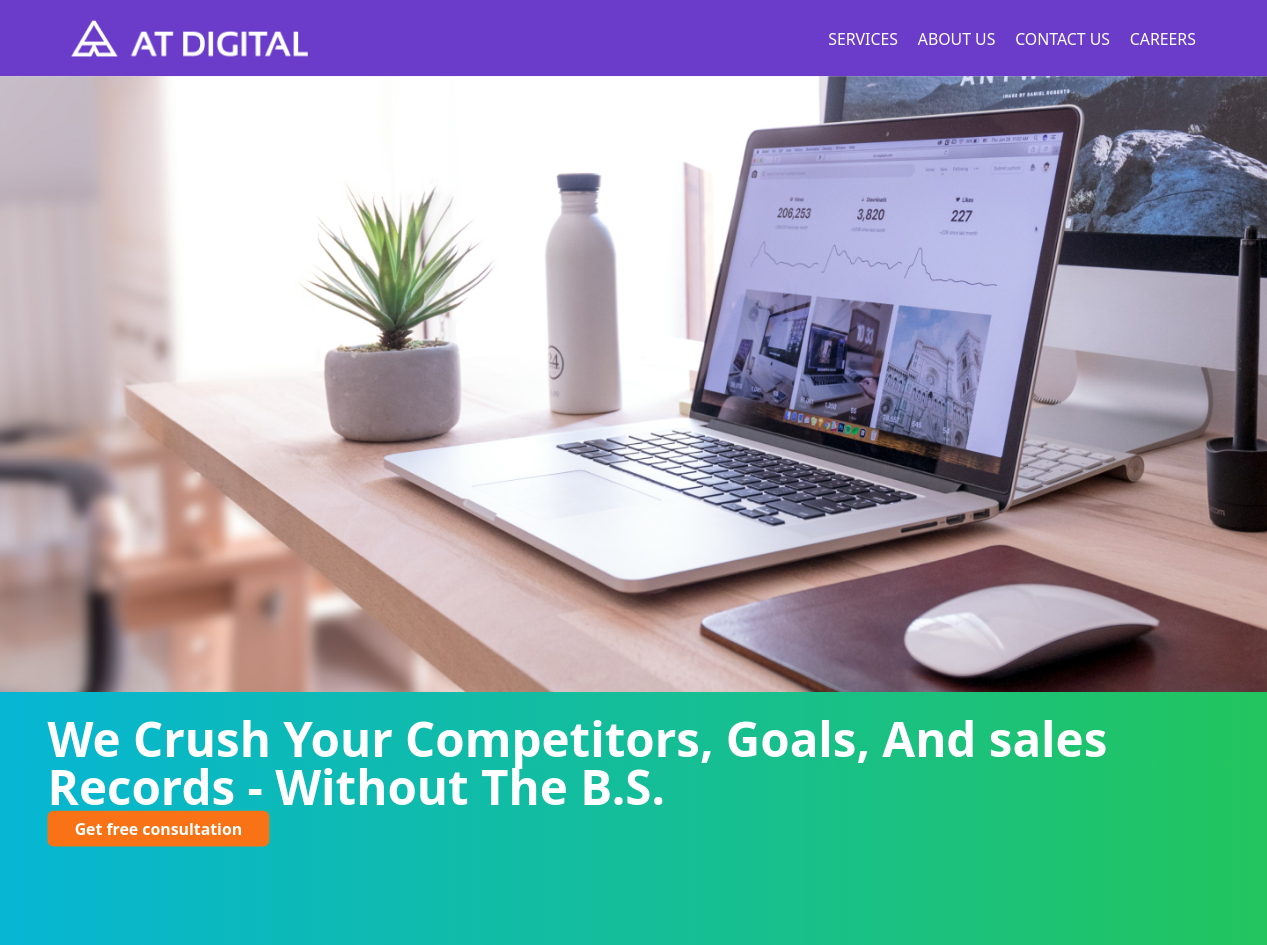
Repository: Milith97/AT-Digital-Website
Page: /
These files come from the project's save history. The page is drawn as it stood at one moment and after the next save; the edit follows.
The browser window is 1280 px wide. The pictures show the whole page, at 99% of full size.
The project was rebuilt for these pictures with package versions that can differ from the ones it lists, and the page was loaded fresh each time. Also part of the build but not shown: vite.config.js.

Above is the page before, as saved 2024-04-06 19:56:20.

### src/App.jsx
// App.js or your main component file
import React from 'react';
import NavBar from './Components/NavBar';
import HomePage from './Components/HomePage';

function App() {
  return (
    <div className="App">
      <NavBar />
      <HomePage />
    </div>
  );
}

export default App;

### src/Components/NavBar.jsx
import React, { useState } from 'react';
import Logo from '../assets/Img/Logo.png';

const NavBar = () => {
    const [isOpen, setIsOpen] = useState(false);

    return (
        <nav className="bg-[#6B3CC9]">
            <div className="max-w-1440px max-h-20 xl:px-16 md:px-7 sm:px-11 max-lg:mx-6">
                <div className="flex justify-between">
                    <div>
                        <a href="#" className={`flex items-center py-5 sm:px-2 ${isOpen ? 'hidden' : 'flex'}`}>
                            <img src={Logo} alt="Logo" />
                        </a>
                    </div>
                    <div className={`hidden md:flex font-medium text-white items-center space-x-1 ${isOpen ? 'flex' : 'hidden'}`}>
                        <a href="#" className="py-5 px-2 ">SERVICES</a>
                        <a href="#" className="py-5 px-2 ">ABOUT US</a>
                        <a href="#" className="py-5 px-2 ">CONTACT US</a>
                        <a href="#" className="py-5 px-2 ">CAREERS</a>
                    </div>
                    <div className="md:hidden flex items-center ">
                        <button onClick={() => setIsOpen(!isOpen)} className="text-white focus:outline-none">
                            {!isOpen ? (
                                <svg className="h-14 w-10" stroke="white" viewBox="0 0 24 24" >
                                    <path strokeLinecap="round" strokeLinejoin="round" strokeWidth="3" d="M4 6h16M4 12h16M4 18h16" />
                                </svg>
                            ) : (
                                <svg className="h-12 w-8" stroke="black" viewBox="0 0 24 24" >
                                    <path strokeLinecap="round" strokeLinejoin="round" strokeWidth="3" d="M6 18L18 6M6 6l12 12" />
                                </svg>
                            )}
                        </button>
                    </div>
                </div>
            </div>
            <div className={`${isOpen ? 'block' : 'hidden'} md:hidden`}>
                <div className="bg-white">
                    <a href="#" className="block py-2 px-4 text-sm text-black-500 ">HOME</a>
                    <a href="#" className="block py-2 px-4 text-sm text-black-500">SERVICES</a>
                    <a href="#" className="block py-2 px-4 text-sm text-black-500">ABOUT US</a>
                    <a href="#" className="block py-2 px-4 text-sm text-black-500">CONTACT US</a>
                    <a href="#" className="block py-2 px-4 text-sm text-black-500">CAREERS</a>
                </div>
            </div>
        </nav>
    );
};

export default NavBar;

### src/Components/HomePage.jsx
import React from 'react';
import backgroundImage from '../assets/Img/Home.png';

const HomePage = () => {
    return (
        <div >
            <img src={backgroundImage} alt="Home Image" />
            <div className='h-64 max-w-full bg-gradient-to-r from-cyan-500 to-green-500'>
                <div className='text-lg py-6 px-12 '>
                    <p className='font-bold text-5xl text-white gap-2'>We Crush Your Competitors, Goals, And sales Records - Without The B.S.</p>
                    <div className=''>
                        <button className='bg-orange-500 text-white font-bold text-base h-9 w-56 rounded-md'>Get free consultation</button>
                    </div>
                </div>
            </div>
        </div>
    );
};

export default HomePage;

Loaded but not shown: index.html (common file); src/main.jsx (common file); src/index.css (common file); tailwind.config.js (common file)

After the next save:
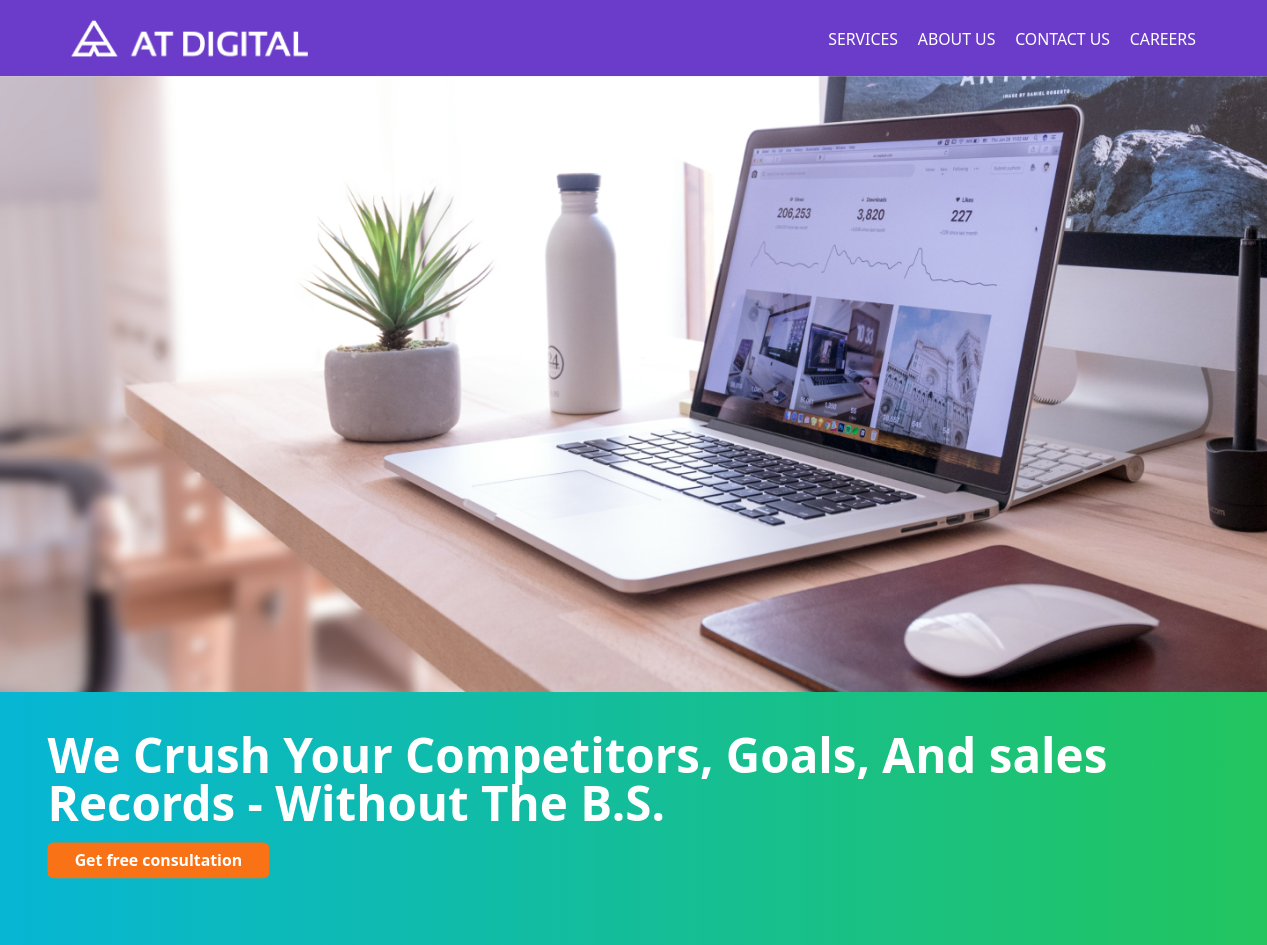
Saved 13 s later.
--- a/src/Components/HomePage.jsx
+++ b/src/Components/HomePage.jsx
@@ -7,7 +7,7 @@ const HomePage = () => {
             <img src={backgroundImage} alt="Home Image" />
             <div className='h-64 max-w-full bg-gradient-to-r from-cyan-500 to-green-500'>
                 <div className='text-lg py-6 px-12 '>
-                    <p className='font-bold text-5xl text-white gap-2'>We Crush Your Competitors, Goals, And sales Records - Without The B.S.</p>
+                    <p className='font-bold text-5xl text-white py-4'>We Crush Your Competitors, Goals, And sales Records - Without The B.S.</p>
                     <div className=''>
                         <button className='bg-orange-500 text-white font-bold text-base h-9 w-56 rounded-md'>Get free consultation</button>
                     </div>
